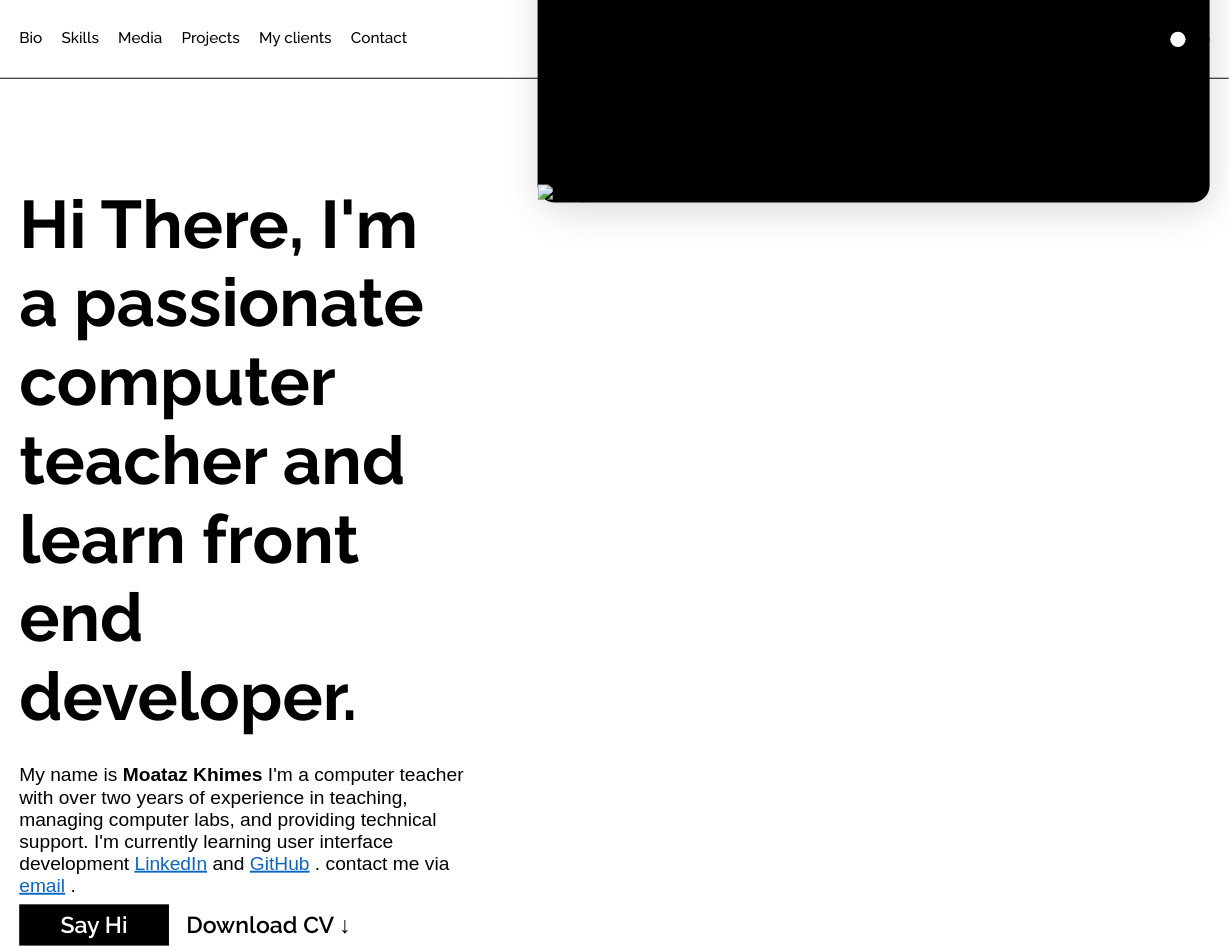
Repository: moataz305G/Personal-website
Page: index.html
These files come from the project's save history. The page is drawn as it stood at one moment and after the next save; the edit follows.
The browser window is 1280 px wide. The pictures show the whole page, at 96% of full size.

Above is the page before, as saved 2025-12-14 10:03:51.
Not found: images/Untitled.jpeg

After the next save:
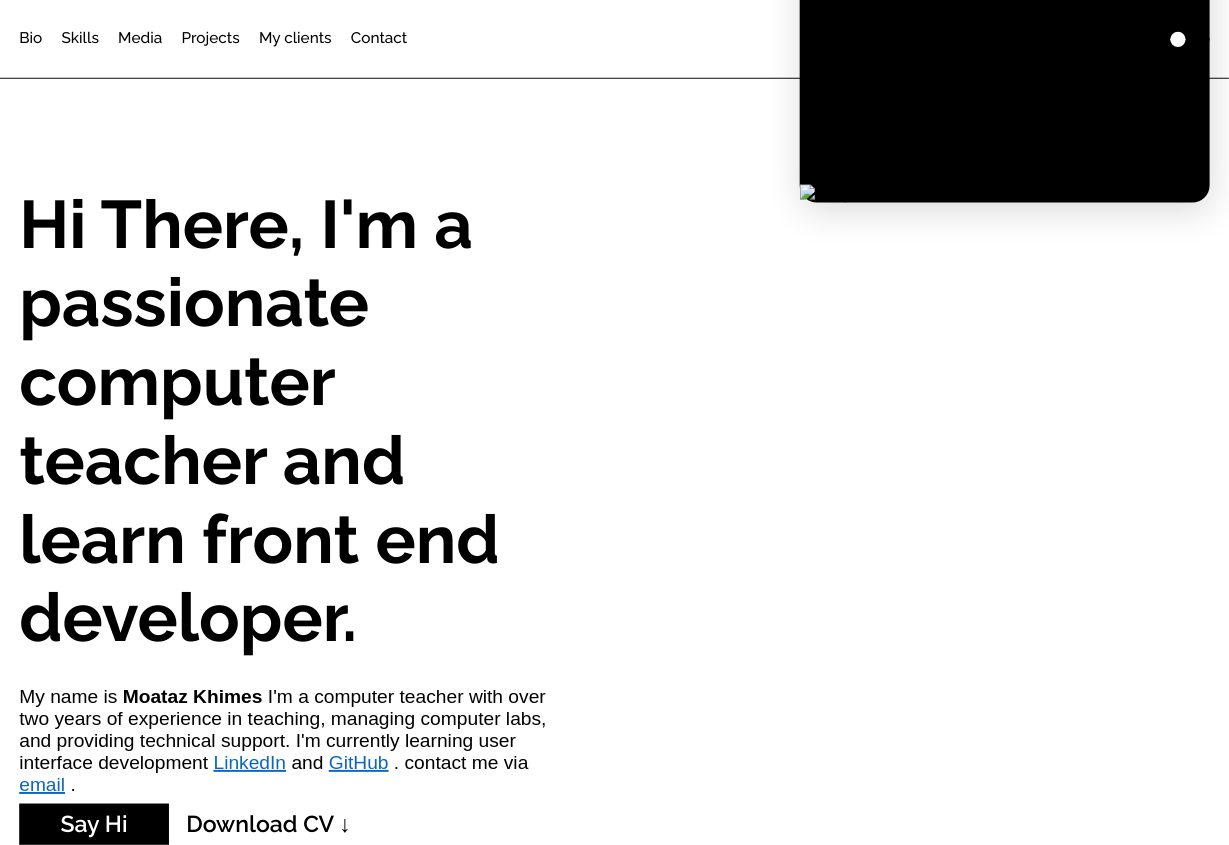
Saved 61 s later.
--- a/Style.css
+++ b/Style.css
@@ -254,7 +254,7 @@ header {
   box-shadow: 2.17543px 8.7017px 38.0669px rgba(0, 0, 0, 0.15);
 }
 .bio__pic {
-  width: 70rem;
+  width: 42.7rem;
   /* width: 350px;
     height: 350px; */
   object-fit: cover; /* يمنع التشويه */
